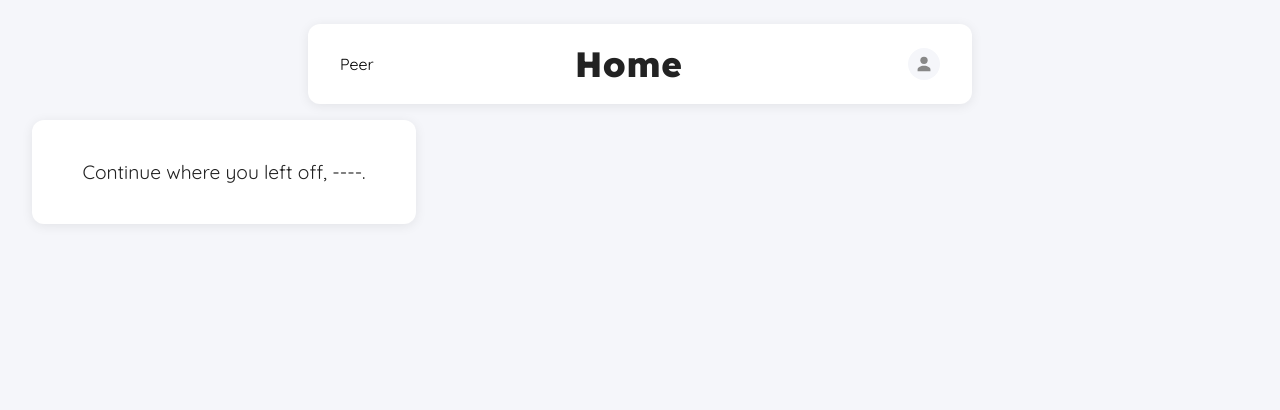
Repository: saifg123/Peer
Page: home.html
These files come from the project's save history. The page is drawn as it stood at one moment and after the next save; the edit follows.
The browser window is 1280 px wide. The pictures show the whole page.

Above is the page before, as saved 2025-05-24 19:51:22.

### home.html
<!DOCTYPE html>
<script>
    document.addEventListener('DOMContentLoaded', function() {
        const box = document.querySelector('.continue-box');
        if (box) {
            box.style.cursor = 'pointer';
            box.addEventListener('click', function() {
                window.location.href = 'app.html';
            });
        }
    });
</script>
<html lang="en">
<head>
    <link href="https://fonts.googleapis.com/css2?family=Lexend:wght@100..900&family=Quicksand:wght@300..700&family=Rubik:ital,wght@0,300..900;1,300..900&display=swap" rel="stylesheet">
    <meta charset="UTF-8">
    <title>Peer - Home</title>
    <style>
        .header {
            display: flex;
            align-items: center;
            justify-content: space-between;
            background: #fff;
            padding: 18px 32px;
            border-radius: 12px;
            box-shadow: 0 2px 12px rgba(0,0,0,0.08);
            position: absolute;
            top: 0;
            left: 0;
            right: 0;
            margin: 24px auto 0 auto;
            max-width: 600px;
        }
        .header-title {
            display: flex;
            align-items: center;
            gap: 16px;
        }
        .header-placeholder {
            font-family: 'Lexend', sans-serif;
            font-size: 2.1rem;
            font-weight: 800;
            color: #fff;
            background: #222;
            width: 44px;
            height: 44px;
            display: flex;
            align-items: center;
            justify-content: center;
            border-radius: 50%;
            margin-right: 18px;
            letter-spacing: 1px;
            box-shadow: 0 2px 8px rgba(0,0,0,0.07);
        }
        .header-home {
            font-family: 'Lexend', sans-serif;
            font-size: 2.2rem;
            font-weight: 800;
            color: #222;
            margin-left: 185px;
            letter-spacing: 0.5px;
        }
        .guest-icon {
            width: 32px;
            height: 32px;
            display: flex;
            align-items: center;
            justify-content: center;
            background: #f5f6fa;
            border-radius: 50%;
            margin-left: 16px;
        }
        .guest-icon svg {
            width: 22px;
            height: 22px;
            fill: #888;
        }
    </style>
    <style>
        body {
            background: #f5f6fa;
            font-family: 'Quicksand', sans-serif;
            margin: 0;
            padding: 0;
            min-height: 100vh;
            display: flex;
            align-items: center;
            justify-content: center;
        }
        .continue-box {
            background: #fff;
            border-radius: 12px;
            box-shadow: 0 2px 12px rgba(0,0,0,0.08);
            padding: 40px 32px;
            min-width: 320px;
            text-align: center;
            position: absolute;
            top: 120px;
            left: 32px;
            font-size: 1.2rem;
            color: #222;
        }
        .continue-box:hover {
            background: #e0e0e0;
            transition: background 0.3s ease;
        }
    </style>
</head>
<body>
    <div class="header">
        <div class="header-title">
            Peer
            <span class="header-home">Home</span>
        </div>
        <div class="guest-icon">
            <svg viewBox="0 0 24 24">
                <circle cx="12" cy="8" r="4"/>
                <path d="M12 14c-4 0-7 2-7 4v2h14v-2c0-2-3-4-7-4z"/>
            </svg>
        </div>
    </div>
    <div class="continue-box">
        Continue where you left off, ----.
    </div>
</body>
</html>

After the next save:
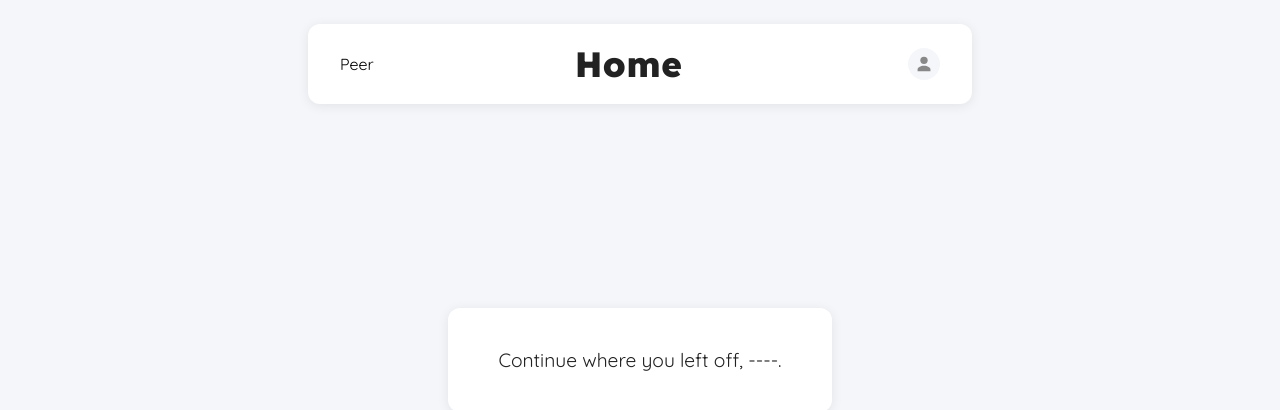
Saved 88 s later.
--- a/home.html
+++ b/home.html
@@ -87,22 +87,27 @@
             align-items: center;
             justify-content: center;
         }
-        .continue-box {
+        .box-row {
+            display: flex;
+            gap: 24px;
+            position: absolute;
+            top: 120px;
+            left: 32px;
+        }
+        .continue-box, .todo-box {
             background: #fff;
             border-radius: 12px;
             box-shadow: 0 2px 12px rgba(0,0,0,0.08);
             padding: 40px 32px;
             min-width: 320px;
             text-align: center;
-            position: absolute;
-            top: 120px;
-            left: 32px;
             font-size: 1.2rem;
             color: #222;
+            cursor: pointer;
+            transition: background 0.3s ease;
         }
-        .continue-box:hover {
+        .continue-box:hover, .todo-box:hover {
             background: #e0e0e0;
-            transition: background 0.3s ease;
         }
     </style>
 </head>

After the save that followed:
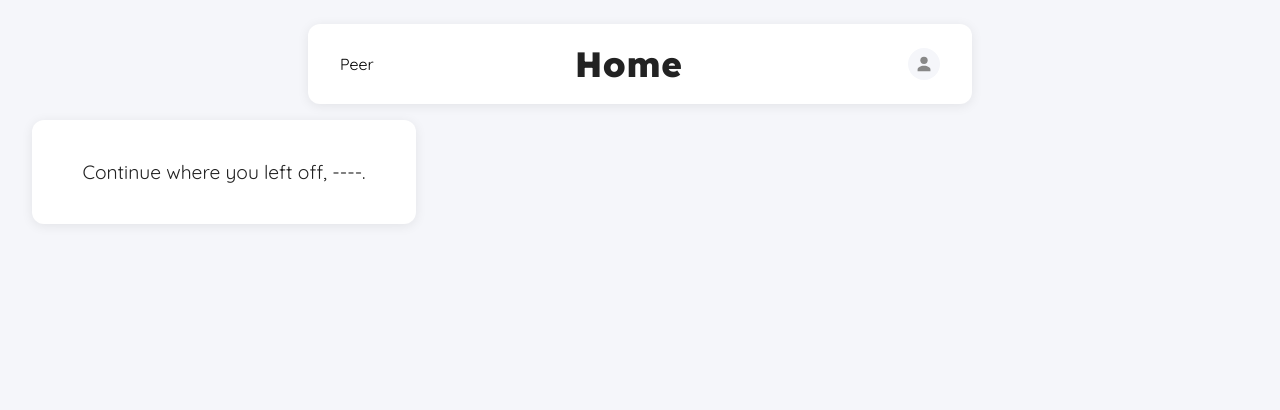
Saved 7 s later.
--- a/home.html
+++ b/home.html
@@ -87,27 +87,22 @@
             align-items: center;
             justify-content: center;
         }
-        .box-row {
-            display: flex;
-            gap: 24px;
-            position: absolute;
-            top: 120px;
-            left: 32px;
-        }
-        .continue-box, .todo-box {
+        .continue-box {
             background: #fff;
             border-radius: 12px;
             box-shadow: 0 2px 12px rgba(0,0,0,0.08);
             padding: 40px 32px;
             min-width: 320px;
             text-align: center;
+            position: absolute;
+            top: 120px;
+            left: 32px;
             font-size: 1.2rem;
             color: #222;
-            cursor: pointer;
+        }
+        .continue-box:hover {
+            background: #e0e0e0;
             transition: background 0.3s ease;
-        }
-        .continue-box:hover, .todo-box:hover {
-            background: #e0e0e0;
         }
     </style>
 </head>
